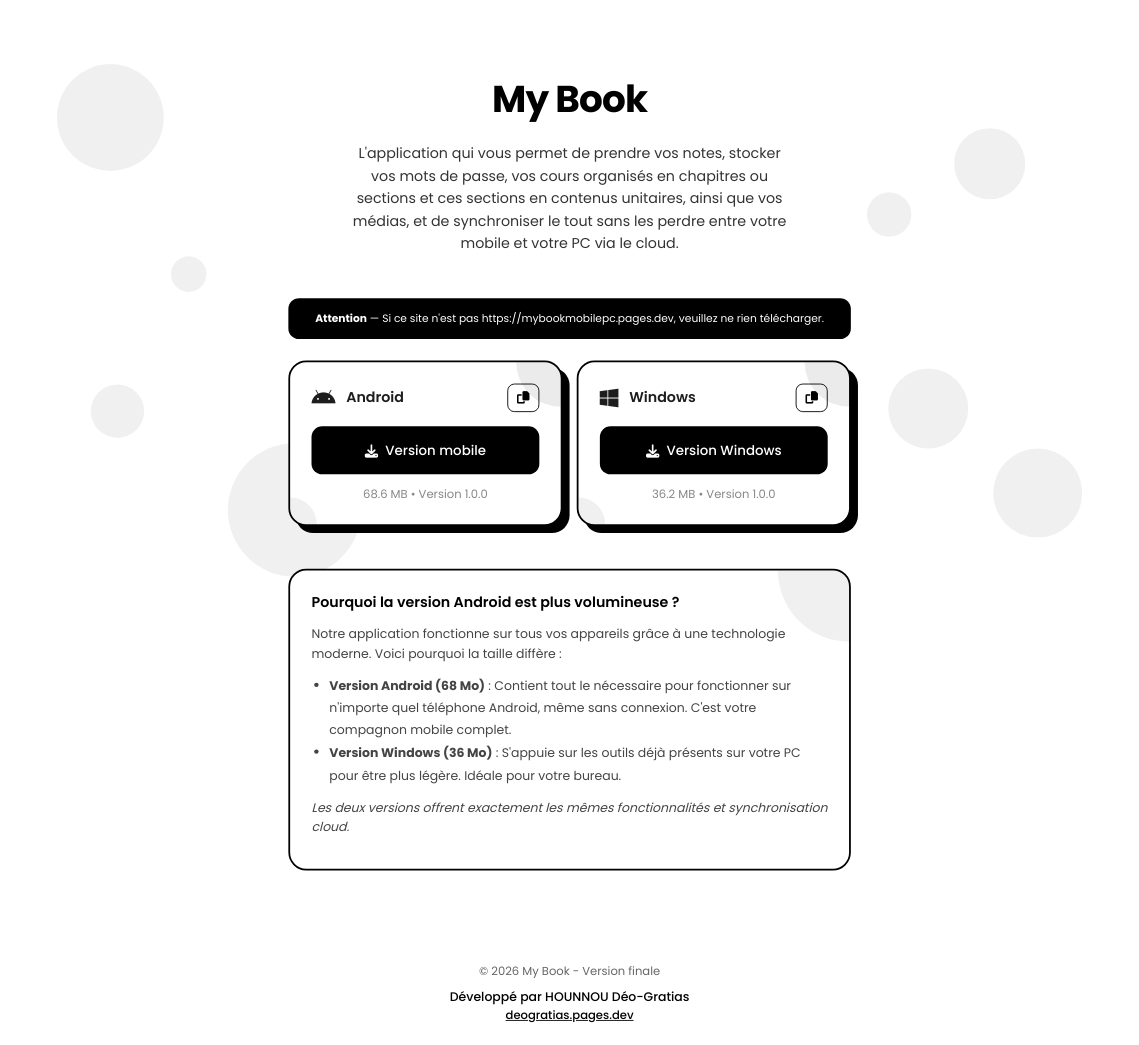
Repository: Deogratiasdev/app
Page: test.html
The author's editor kept a copy of each file at every save. The page is drawn from the files as they stood at one save, then again after the next save.
The browser window is 1280 px wide. The pictures show the whole page, at 89% of full size.

Above is the page before, as saved 2026-04-12 00:31:51.

After the next save:
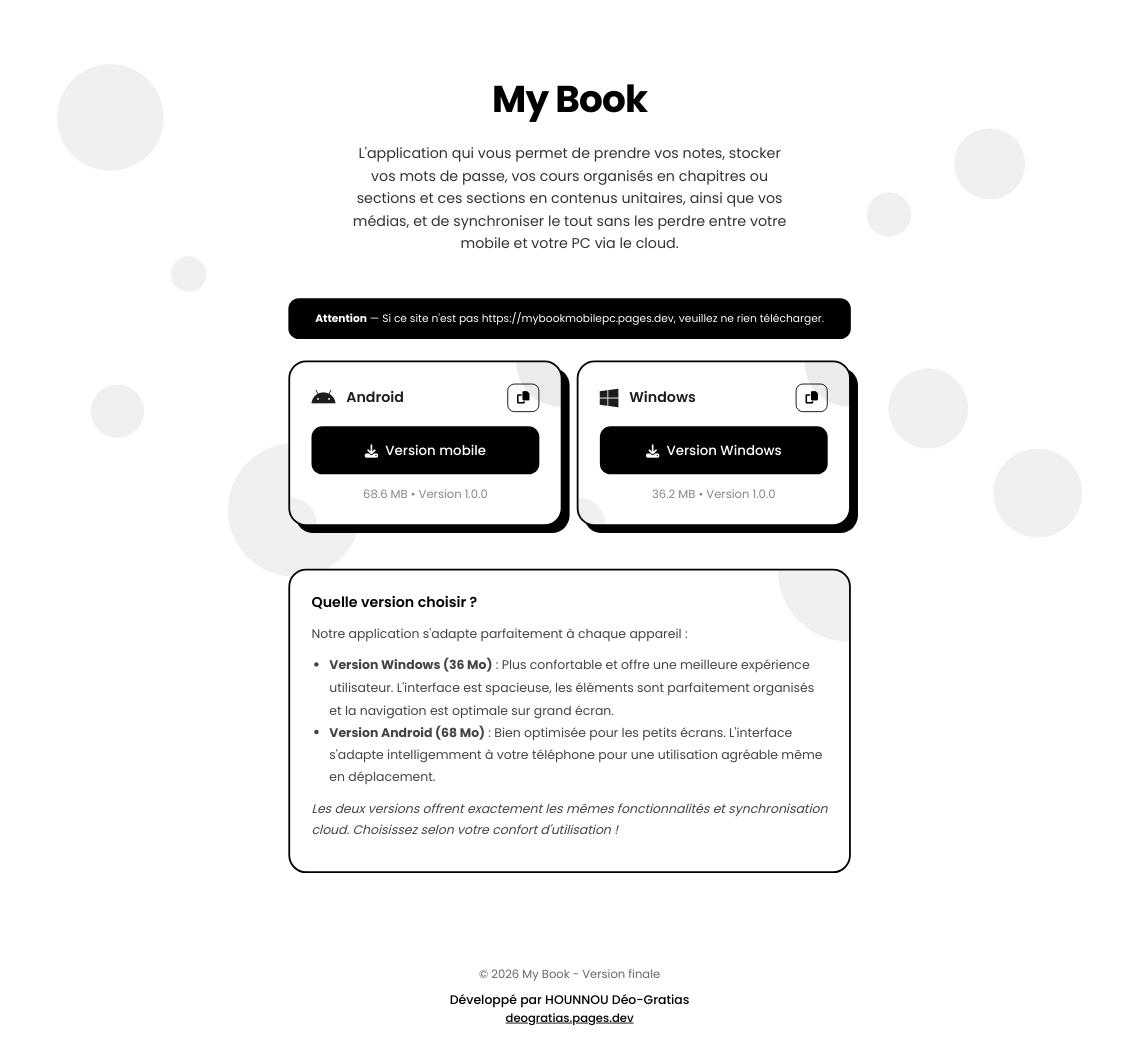
Saved 57 s later.
--- a/test.html
+++ b/test.html
@@ -310,13 +310,13 @@
         </div>
 
         <div class="info-section">
-            <h3>Pourquoi la version Android est plus volumineuse ?</h3>
-            <p>Notre application fonctionne sur tous vos appareils grâce à une technologie moderne. Voici pourquoi la taille diffère :</p>
+            <h3>Quelle version choisir ?</h3>
+            <p>Notre application s'adapte parfaitement à chaque appareil :</p>
             <ul>
-                <li><strong>Version Android (68 Mo)</strong> : Contient tout le nécessaire pour fonctionner sur n'importe quel téléphone Android, même sans connexion. C'est votre compagnon mobile complet.</li>
-                <li><strong>Version Windows (36 Mo)</strong> : S'appuie sur les outils déjà présents sur votre PC pour être plus légère. Idéale pour votre bureau.</li>
+                <li><strong>Version Windows (36 Mo)</strong> : Plus confortable et offre une meilleure expérience utilisateur. L'interface est spacieuse, les éléments sont parfaitement organisés et la navigation est optimale sur grand écran.</li>
+                <li><strong>Version Android (68 Mo)</strong> : Bien optimisée pour les petits écrans. L'interface s'adapte intelligemment à votre téléphone pour une utilisation agréable même en déplacement.</li>
             </ul>
-            <p style="margin-top: 12px; font-style: italic;">Les deux versions offrent exactement les mêmes fonctionnalités et synchronisation cloud.</p>
+            <p style="margin-top: 12px; font-style: italic;">Les deux versions offrent exactement les mêmes fonctionnalités et synchronisation cloud. Choisissez selon votre confort d'utilisation !</p>
         </div>
     </div>
 
